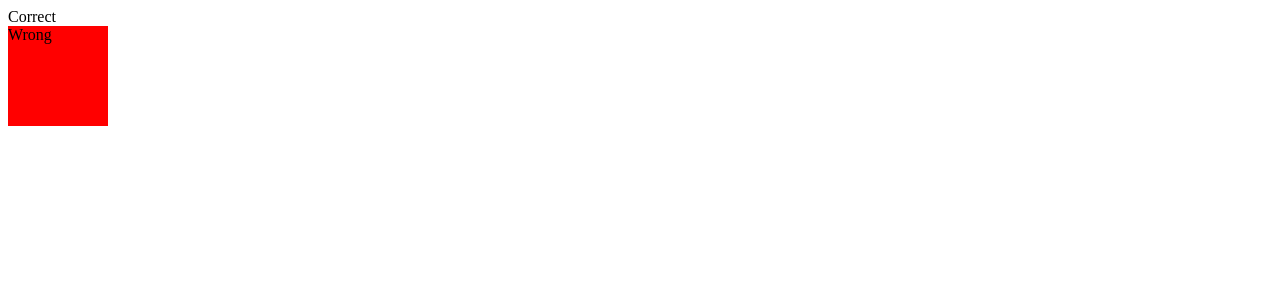
Repository: csabbah/ts-react-custom-select
Page: /
The author's editor kept a copy of each file at every save. The page is drawn from the files as they stood at one save, then again after the next save.
The browser window is 1280 px wide. The pictures show the whole page.
The project was rebuilt for these pictures with package versions that can differ from the ones it lists, and the page was loaded fresh each time. Also part of the build but not shown: vite.config.ts.

Above is the page before, as saved 2022-12-24 11:42:49.

After the next save:
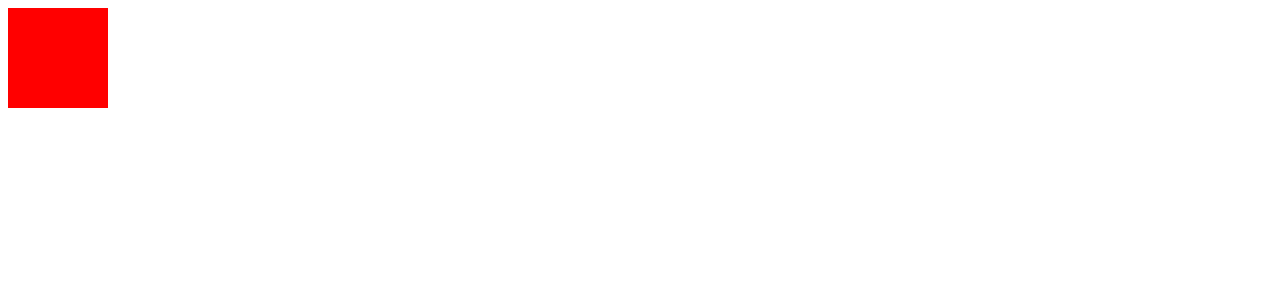
Saved 55 s later.
--- a/src/Select.tsx
+++ b/src/Select.tsx
@@ -14,8 +14,9 @@ type SelectProps = {
 export function Select({ value, onChange, options }: SelectProps) {
   return (
     <>
-      <div>Correct</div>
-      <div className={styles.container}>Wrong</div>
+      <div className={styles.container}>
+        <span className={styles.value}></span>
+      </div>
     </>
   );
 }
